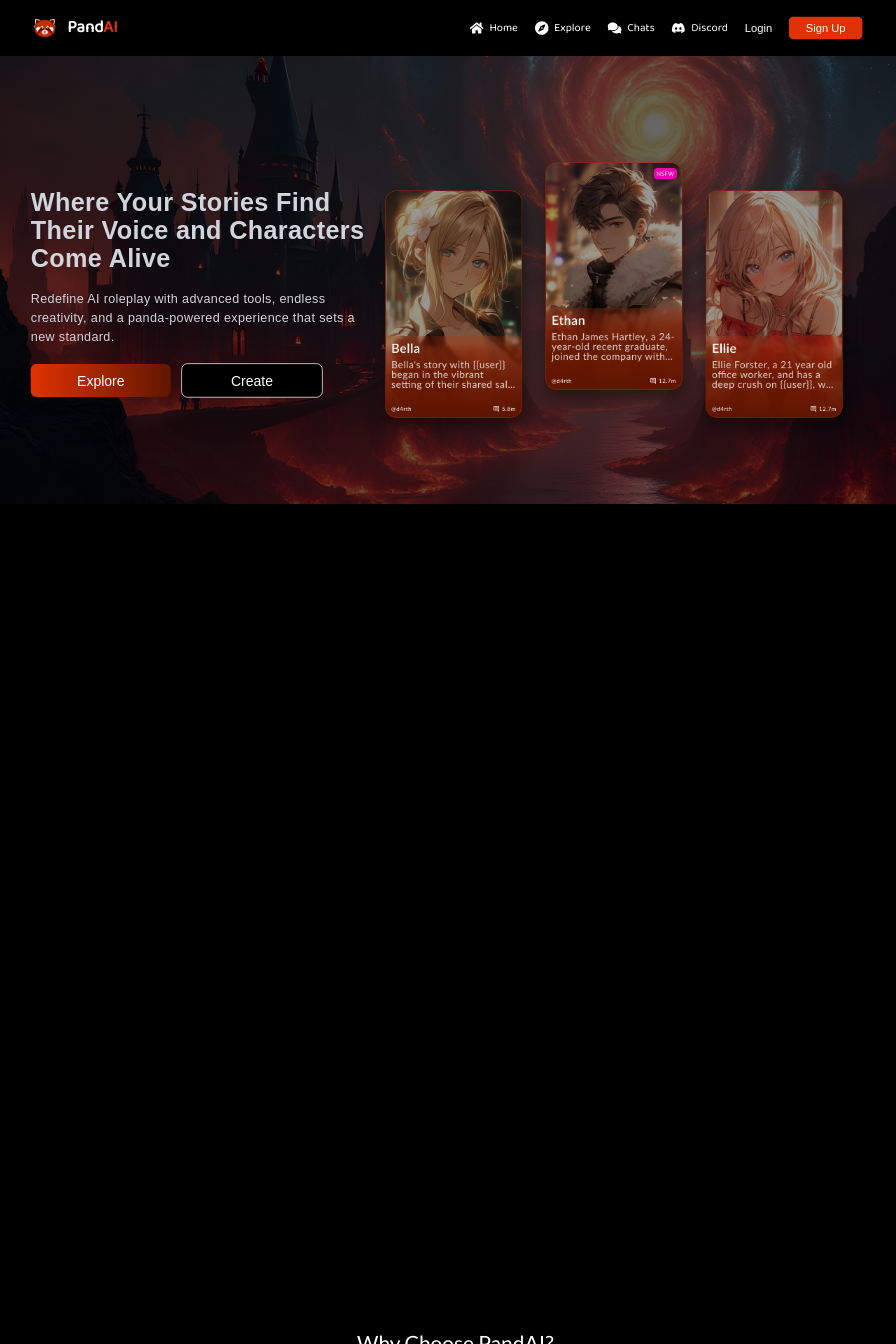
Repository: PandamoniumAI/Pandamonium
Page: /preview
An editor plug-in stored every save of this project. The page is shown before and after the next save, followed by the edit.
The browser window is 1280 px wide. The pictures show the part of the page from y = 0 to 1920 px (the page is 2767 px tall before and 1635 px after), at 70% of full size.
Some web libraries are served in a nearby version. The project was rebuilt for these pictures with package versions that can differ from the ones it lists, and the page was loaded fresh each time. Also part of the build but not shown: vite.config.js, src/Utils/Utils.js, src/Components/SearchBar/SearchBar.jsx, src/Components/CSS/CharacterCard.css, src/Components/CharacterCard/CharacterCard.jsx, src/Components/CSS/CharacterCardModal.css, src/Components/CharacterCardModal/CharacterCardModal.jsx, src/Components/CSS/Tags.css and 15 more.

Above is the page before, as saved 2025-01-01 21:40:15.

### index.html
<!doctype html>
<html lang="en">
  <head>
    <meta charset="UTF-8" />
    <link rel="icon" type="image/svg+xml" href="/src/assets/animal.png"/>
    <meta name="viewport" content="width=device-width, initial-scale=1.0" />
    <title>Pandamonium</title>
    <link
      href="https://cdn.jsdelivr.net/npm/bootstrap@5.3.0-alpha1/dist/css/bootstrap.min.css"
      rel="stylesheet"
    />
    <link
      href="https://cdn.jsdelivr.net/npm/bootstrap-icons/font/bootstrap-icons.css"
      rel="stylesheet"
    />
    <link
      href="https://cdnjs.cloudflare.com/ajax/libs/animate.css/4.1.1/animate.min.css"
      rel="stylesheet"
    />
  </head>

  <body>
    <div id="root"></div>
    <script src="https://kit.fontawesome.com/68b5244ee4.js" crossorigin="anonymous"></script>
    <script src="https://cdn.jsdelivr.net/npm/react/umd/react.production.min.js"></script>
    <script src="https://cdn.jsdelivr.net/npm/react-dom/umd/react-dom.production.min.js"></script>
    <script type="module" src="/src/main.jsx"></script>
    <script src="https://cdn.jsdelivr.net/npm/bootstrap@5.3.0-alpha1/dist/js/bootstrap.bundle.min.js"></script>
  </body>
</html>

### src/App.jsx
import HomePage from "./Components/HomePage/HomePage.jsx";
import Chat from "./Components/Chat/Chat.jsx";
import Create from "./Components/Create/Create.jsx";
import Error from "./Components/Error/Error.jsx";
import { BrowserRouter as Router, Routes, Route } from "react-router-dom";
import Preview from "../src/Preview/Preview.jsx";
function App() {
  return (
    <Router>
      <Routes>
        <Route path="/" element={<HomePage />} />
        <Route path="/chat/:characterId" element={<Chat />} />
        <Route path="/create" element={<Create />} />
        <Route path="*" element={<Error />} />
        <Route path="/preview" element={<Preview />} />
      </Routes>
    </Router>
  );
}

export default App;

### src/Preview/Preview.jsx
import React from "react";
import Animal from "../assets/animal.png";
import "./Preview.css";
import "tailwindcss/tailwind.css";
import {FaHome, FaCompass, FaComments, FaDiscord} from "react-icons/fa";
import image from "../assets/image.png";
import Chatcard from "../assets/Chat Card.png";
import Book from "../assets/Magical Book World Illustration 1.png";
import Roleplay from "../assets/Chat Card (1).png";

export default function Preview() {
  const handleCardHover = (event, element) => {
    const rect = element.getBoundingClientRect();
    const x = (event.clientX - rect.left) / rect.width - 0.5; // Normalize between -0.5 to 0.5
    const y = (event.clientY - rect.top) / rect.height - 0.5;

    element.style.transform = `rotateX(${y * 10}deg) rotateY(${x * 10}deg) scale(1.05)`;
  };

  return (
    <div className="main">
      <div className="fixed top-0 left-0 w-full bg-black bg-opacity-40 p-4 z-50">
        <div className="flex justify-between items-center w-full max-w-screen-xl mx-auto px-4">
          <div
            className="flex items-center space-x-4 cursor-pointer"
            onClick={() => window.scrollTo({top: 0, behavior: "smooth"})}
          >
            <img className="w-8 h-8" src={Animal} alt="Logo" />
            <h1 className="text-2xl font-bold font-baloo text-white">
              Pand<span className="text-[#E03201]">AI</span>
            </h1>
          </div>

          <div className="flex items-center space-x-6">
            <button className="flex items-center text-white font-baloo hover:text-[#E03201] transition">
              <FaHome className="mr-2 text-xl" />
              Home
            </button>
            <button className="flex items-center text-white font-baloo hover:text-[#E03201] transition">
              <FaCompass className="mr-2 text-xl" />
              Explore
            </button>
            <button className="flex items-center text-white font-baloo hover:text-[#E03201] transition">
              <FaComments className="mr-2 text-xl" />
              Chats
            </button>
            <button className="flex items-center text-white font-baloo hover:text-[#E03201] transition">
              <FaDiscord className="mr-2 text-xl" />
              Discord
            </button>
            <button className="text-white hover:text-[#E03201] transition">
              Login
            </button>
            <button className="bg-[#E03201] text-white px-4 py-1 rounded-md hover:bg-[#b02501] transition">
              Sign Up
            </button>
          </div>
        </div>
      </div>

      <div className="preview-container relative p-6">
        <div className="Preview-text mt-[50px] absolute top-[200px]">
          <p className="text-4xl text-gray-300 font-bold mb-6 tracking-[0.5px] w-[500px]">
            Where Your Stories Find Their Voice and Characters Come Alive
          </p>
          <p className="text-[18px] text-gray-300 leading-[27px] tracking-[0.5px] w-[500px] mb-8">
            Redefine AI roleplay with advanced tools, endless creativity, and a
            panda-powered experience that sets a new standard.
          </p>
        </div>

        <div className="Buttons absolute top-[500px] flex space-x-4 mb-8">
          <button className="text-white text-xl h-[47px] w-[200px] rounded-lg shadow-2xl bg-gradient-to-r from-[#E03201] to-[#611600] transform hover:scale-105 transition-all duration-300 ease-in-out hover:shadow-orange-500/50 hover:shadow-lg">
            <span className="relative z-10">Explore</span>
          </button>
          <button
            className="create bg-black text-white text-xl h-[47px] w-[200px] rounded-lg shadow-2xl outline outline-1 hover:outline-none transition-all duration-300 ease-in-out transform hover:scale-105 hover:shadow-[#B22801]/50 hover:shadow-lg relative overflow-hidden group"
            style={{
              outlineImage:
                "linear-gradient(to right, #FFCBBB, #D07A5A, #A8382D, #611600)",
              outlineImageSlice: 1,
            }}
          >
            <span className="relative z-10">Create</span>
            <span className="absolute inset-0 bg-yellow-500 transform scale-x-0 group-hover:scale-x-100 transition-transform duration-300 origin-left"></span>
          </button>
        </div>

        <div className="absolute right-[30px] top-[200px]">
          <img src={image} alt="" />
        </div>
      </div>

      <div className="infostart absolute bg-black" style={{top: "1000px"}}>
      <div className="info px-10 relative bg-black" style={{top: "900px"}}>
        <div className="infotext mb-8 text-white">
          <h1 className="text-3xl font-lato text-white ml-[450px]">
            Why Choose PandAI?
          </h1>

          <div className="cards grid grid-cols-1 md:grid-cols-3 gap-6 mt-10">
            {[
              "Multiple Character Roleplays",
              "Tools for Creators",
              "Community-Driven No Filter",
            ].map((title, index) => (
              <div
                key={index}
                className="card relative flex flex-col justify-between w-[284px] h-[477px] rounded-[25px] overflow-hidden"
                onMouseMove={(e) => handleCardHover(e, e.currentTarget)}
              >
                <div
                  className="absolute inset-0 -z-10 rounded-[25px]"
                  style={{
                    background:
                      "linear-gradient(135deg, #BF18C2, #6B1C8F, #1D0375)",
                    position: "absolute",
                    top: 0,
                    left: 0,
                    right: 0,
                    bottom: 0,
                    borderRadius: "25px",
                    padding: "2px",
                  }}
                />
                <div className="content p-6 bg-[#1A1A1A] flex flex-col justify-between h-full rounded-[25px]">
                  <h2 className="text-2xl font-semibold mb-4 text-white">
                    {title}
                  </h2>
                  <p className="text-lg text-white">
                    {index === 0
                      ? "Immerse yourself in dynamic roleplays with multiple characters, pre-designed genre templates, and tools like a scene builder for crafting vivid storytelling experiences."
                      : index === 1
                        ? "Unleash your creativity with tools to build unique characters, organize content with advanced tags, upload world details into a Lorebook, and share your creations effortlessly."
                        : "Experience unfiltered chats tailored to your preferences, refine AI responses with feedback, shape platform features with community input, and customize personas to your liking."}
                  </p>
                </div>
                <div className="image-container mt-4">
                  {index === 0 ? (
                    <img
                      src={Chatcard}
                      alt="Roleplay"
                      className="w-full rounded-[25px]"
                    />
                  ) : index === 1 ? (
                    <img
                      src={Book}
                      alt="Creator Tools"
                      className="w-full rounded-[25px]"
                    />
                  ) : (
                    <img
                      src={Roleplay}
                      alt="Community"
                      className="w-full rounded-[25px]"
                    />
                  )}
                </div>
              </div>
            ))}
          </div>
        </div>

          <div className="Footer bg-black py-8 px-6 mt-10 flex items-center justify-start space-x-36">
            <div className="flex items-center">
              <img
                className="w-12 h-12 mr-4 transform transition duration-300 hover:scale-110"
                src={Animal}
                alt="Logo"
              />
              <h1 className="text-3xl font-bold font-baloo text-white">
                Pand<span className="text-[#E03201]">AI</span>
              </h1>
            </div>

            <div className="Quicklinks mr-36 mt-6">
              <h1 className="text-2xl font-bold font-baloo text-white border-b-2 border-[#E03201] pb-2">
                Quick Links
              </h1>
              <ul className="list-none pl-0 mt-4 space-y-2">
                <li className="text-white hover:text-[#E03201] transition duration-300 transform hover:translate-x-2">
                  <a href="#">Home</a>
                </li>
                <li className="text-white hover:text-[#E03201] transition duration-300 transform hover:translate-x-2">
                  <a href="#">Explore</a>
                </li>
                <li className="text-white hover:text-[#E03201] transition duration-300 transform hover:translate-x-2">
                  <a href="#">Chats</a>
                </li>
                <li className="text-white hover:text-[#E03201] transition duration-300 transform hover:translate-x-2">
                  <a href="#">Discord</a>
                </li>
              </ul>
            </div>

            <div className="guide mr-36 mt-6">
              <h1 className="text-2xl font-bold font-baloo text-white border-b-2 border-[#E03201] pb-2">
                Guide
              </h1>
              <ul className="list-none pl-0 mt-4 space-y-2">
                <li className="text-white hover:text-[#E03201] transition duration-300 transform hover:translate-x-2">
                  <a href="#">Bot creation</a>
                </li>
                <li className="text-white hover:text-[#E03201] transition duration-300 transform hover:translate-x-2">
                  <a href="#">How token Works</a>
                </li>
                <li className="text-white hover:text-[#E03201] transition duration-300 transform hover:translate-x-2">
                  <a href="#">Lorebooks</a>
                </li>
              </ul>
            </div>

            <div className="legal mr-36 mt-6">
              <h1 className="text-2xl font-bold font-baloo text-white border-b-2 border-[#E03201] pb-2">
                Legal
              </h1>
              <ul className="list-none pl-0 mt-4 space-y-2">
                <li className="text-white hover:text-[#E03201] transition duration-300 transform hover:translate-x-2">
                  <a href="#">Privacy Policy</a>
                </li>
                <li className="text-white hover:text-[#E03201] transition duration-300 transform hover:translate-x-2">
                  <a href="#">Terms of Service</a>
                </li>
                <li className="text-white hover:text-[#E03201] transition duration-300 transform hover:translate-x-2">
                  <a href="#">Rules</a>
                </li>
              </ul>
            </div>
          </div>
        </div>
      </div>
    </div>
  );
}

### src/Components/Chat/ExtraCss.css
/* ExtraCss.css */

/* General Styles */
body {
    margin: 0;
    padding: 0;
    font-family: Arial, sans-serif;
    background-color: #121212;
    color: #ffffff;
  }

  /* Chat Container */
  .d-flex {
    display: flex;
  }

  .flex-column {
    flex-direction: column;
  }

  .h-100 {
    height: 100%;
  }

  .bg-dark {
    background-color: #181818;
  }

  .text-white {
    color: #ffffff;
  }

  .border-secondary {
    border-color: #444;
  }

  .border-top {
    border-top: 1px solid;
  }

  .border-bottom {
    border-bottom: 1px solid;
  }

  .overflow-hidden {
    overflow: hidden;
  }

  .overflow-auto {
    overflow: auto;
  }

  /* Chat Header */
  .p-3 {
    padding: 1rem;
  }

  .align-items-center {
    align-items: center;
  }

  .space-x-4 > * + * {
    margin-left: 1rem;
  }

  /* Avatar */
  img.rounded-circle {
    border-radius: 50%;
    cursor: pointer;
  }

  /* Message Bubbles */
  .bg-secondary {
    background-color: #2a2a2a;
  }

  .p-3 {
    padding: 1rem;
  }

  .rounded-lg {
    border-radius: 1rem;
  }

  .shadow-lg {
    box-shadow: 0px 4px 10px rgba(0, 0, 0, 0.2);
  }

  .text-muted {
    color: #aaaaaa;
  }

  /* Input Field */
  input {
    outline: none;
  }

  input::placeholder {
    color: #aaaaaa;
  }

  .border-0 {
    border: none;
  }

  .flex-grow-1 {
    flex-grow: 1;
  }

  .shadow-lg {
    box-shadow: 0px 4px 10px rgba(0, 0, 0, 0.2);
  }

  /* Buttons */
  button {
    cursor: pointer;
  }

  button:disabled {
    opacity: 0.6;
    cursor: not-allowed;
  }

  .btn {
    display: inline-flex;
    justify-content: center;
    align-items: center;
    padding: 0.5rem;
    border: none;
    border-radius: 0.5rem;
    transition: background-color 0.3s ease, transform 0.2s ease;
  }

  .btn:hover:not(:disabled) {
    background-color: #555;
    transform: translateY(-2px);
  }

  .btn-light {
    background-color: #444;
    color: #fff;
  }

  .btn-primary {
    background-color: #007bff;
    color: #fff;
  }

  .btn-primary:hover:not(:disabled) {
    background-color: #0056b3;
  }

  /* Typing Animation */
  .animate-pulse {
    animation: pulse 1.5s infinite;
  }

  @keyframes pulse {
    0%, 100% {
      opacity: 1;
    }
    50% {
      opacity: 0.5;
    }
  }

  /* Smooth Fade-In */
  @keyframes fadeIn {
    from {
      opacity: 0;
      transform: translateY(10px);
    }
    to {
      opacity: 1;
      transform: translateY(0);
    }
  }

  /* Scrollbar Styles */
  .overflow-auto::-webkit-scrollbar {
    width: 6px;
  }

  .overflow-auto::-webkit-scrollbar-thumb {
    background-color: #444;
    border-radius: 10px;
  }

  .overflow-auto::-webkit-scrollbar-track {
    background-color: transparent;
  }

  .ReactModal__Overlay {
    opacity: 0;
    transition: opacity 0.3s ease-in-out;
  }
  .ReactModal__Overlay--after-open {
    opacity: 1;
  }
  .ReactModal__Overlay--before-close {
    opacity: 0;
  }

### src/Components/CSS/Create.css
body {
    background-color: #121212;
    color: #fff;
    min-height: 100vh;
    padding: 20px;
    font-family: 'Arial', sans-serif;
}
.creation-form {
    max-width: 800px;
    margin: 0 auto;
    background-color: rgba(0, 0, 0, 0.8);
    padding: 30px;
    border-radius: 15px;
    border: 1px solid #444;
    transition: all 0.3s ease;
}
.creation-form:hover {
    transform: scale(1.03);
    box-shadow: 0 10px 30px rgba(0, 0, 0, 0.5);
}
.form-control {
    background-color: #333;
    border: 1px solid #555;
    color: #fff;
    margin-bottom: 20px;
    transition: all 0.3s ease;
}
.form-control:focus {
    background-color: #444;
    border-color: #007bff;
    color: #fff;
}
.form-label {
    font-weight: bold;
}
.btn {
    background-color: #007bff;
    color: #fff;
    transition: all 0.3s ease;
}
.btn:hover {
    background-color: #0056b3;
}
.select2-container {
    width: 100%;
}
.custom-tag-field {
    margin-top: 20px;
}
.custom-tag-field input {
    width: calc(100% - 60px);
    display: inline-block;
    margin-right: 10px;
}
.custom-tag-field button {
    display: inline-block;
    background-color: #28a745;
    color: white;
    padding: 6px 12px;
    border: none;
    cursor: pointer;
}
.custom-tag-field button:hover {
    background-color: #218838;
}

@keyframes float {
    0% { transform: translateY(0px); }
    50% { transform: translateY(-10px); }
    100% { transform: translateY(0px); }
}

.tags-modal {
    display: none;
    position: fixed;
    top: 0;
    left: 0;
    width: 100%;
    height: 100%;
    background: rgba(0,0,0,0.7);
    z-index: 1000;
    animation: fadeIn 0.3s;
}

.tags-modal-content {
    position: absolute;
    top: 50%;
    left: 50%;
    transform: translate(-50%, -50%);
    background: #121212;
    color: white;
    padding: 2rem;
    border-radius: 15px;
    width: 90%;
    max-width: 500px;
    animation: slideIn 0.3s;
    box-shadow: 0 5px 15px rgba(0,0,0,0.3);
}

.tags-modal-header {
    display: flex;
    justify-content: space-between;
    align-items: center;
    margin-bottom: 1.5rem;
    border-bottom: 1px solid #333;
    padding-bottom: 1rem;
}

.btn-close {
    background-color: white;
}

.tag-pills {
    display: flex;
    flex-wrap: wrap;
    gap: 0.5rem;
}

.tag-pill {
    padding: 0.5rem 1rem;
    background: #2d2d2d;
    color: white;
    border-radius: 20px;
    cursor: pointer;
    transition: all 0.2s;
    border: 1px solid #444;
}

.tag-pill:hover {
    background: #3d3d3d;
    transform: translateY(-1px);
}

.tag-pill.selected {
    background: #007bff;
    color: white;
    border-color: #0056b3;
}

.selected-tags {
    background: #1a1a1a;
    padding: 1rem;
    border-radius: 10px;
}

.form-control {
    background: #2d2d2d;
    border: 1px solid #444;
    color: white;
}

.form-control:focus {
    background: #2d2d2d;
    color: white;
    border-color: #007bff;
    box-shadow: 0 0 0 0.2rem rgba(0,123,255,0.25);
}

.form-control::placeholder {
    color: #888;
}

@keyframes fadeIn {
    from { opacity: 0; }
    to { opacity: 1; }
}

@keyframes slideIn {
    from { transform: translate(-50%, -60%); opacity: 0; }
    to { transform: translate(-50%, -50%); opacity: 1; }
}

### src/Preview/Preview.css
@tailwind base;
@tailwind components;
@tailwind utilities;

@font-face {
    font-family: 'BalooDa2';
    src: url('../assets/Fonts/BalooDa2-Regular.ttf') format('truetype');
    font-weight: 400;
    font-style: normal;
}

@font-face {
    font-family: 'Lato';
    src: url('./assets/fonts/Lato-Regular.ttf') format('truetype');
    font-weight: normal;
    font-style: normal;
  }

body {
    position: relative;
    background-color: #000;
    min-height: 100vh;
    margin: 0;
    display: flex;
    flex-direction: column;
}

body::before {
    content: '';
    position: absolute;
    top: 0;
    left: 0;
    right: 0;
    bottom: 0;
    background-image: url('../../src/assets/Castle.jpg');
    background-size: cover;
    background-position: center;
    opacity: 0.4;
    z-index: -1;
}

### src/Components/Chat/Sidebar/styles.css
.floating-btn {
  position: absolute;
  top: 50%;
  left: 20px;
  cursor: pointer;
  z-index: 999;
  width: 64px;
  height: 64px;
  background-color: transparent;
  border: none;
  border-radius: 50%;
  transition: left 0.6s ease, transform 0.3s ease;
  box-shadow: none; /* Removed shadow */
}

.floating-btn.open {
  left: calc(240px + 20px);
}

.floating-btn.closed {
  left: 20px;
}

.sidebar {
  position: fixed;
  top: 0;
  left: 0;
  height: 100vh;
  background-color: #333;
  transition: width 0.5s ease-in-out;
  overflow: hidden;
  border-radius: 0 20px 20px 0;
}

.sidebar.open {
  width: 240px;
}

.sidebar.closed {
  width: 0;
}

.panda-image {
  transition: transform 0.5s ease, transform-origin 0.5s ease;
}

.panda-image:hover {
  transform: rotate(360deg); /* Full 360° rotation on hover */
  transform-origin: center;
}

.floating-btn:hover img {
  transform: rotate(360deg); /* Rotate the image smoothly when hovering over it */
  transition: transform 0.6s ease-in-out;
}

/* Reverse rotation when mouse leaves */
.floating-btn img {
  transition: transform 0.6s ease-out;
}

.floating-btn img:hover {
  animation: pandaRotate 0.6s forwards;
}

@keyframes pandaRotate {
  0% {
      transform: rotate(0deg);
  }
  100% {
      transform: rotate(360deg);
  }
}

.floating-btn img:not(:hover) {
  animation: reversePandaRotate 0.6s forwards;
}

@keyframes reversePandaRotate {
  0% {
      transform: rotate(360deg);
  }
  100% {
      transform: rotate(0deg);
  }
}

#pandaBtn {
  transition: transform 0.6s ease-in-out;
}

@media (max-width: 768px) {
  .sidebar {
      display: none;
  }

  .floating-btn {
      left: 20px;
  }
}

Loaded but not shown: src/main.jsx (common file); tailwind.config.js (16 lines, source omitted); src/Components/CSS/HomePage.css (319 lines, source omitted)

After the next save:
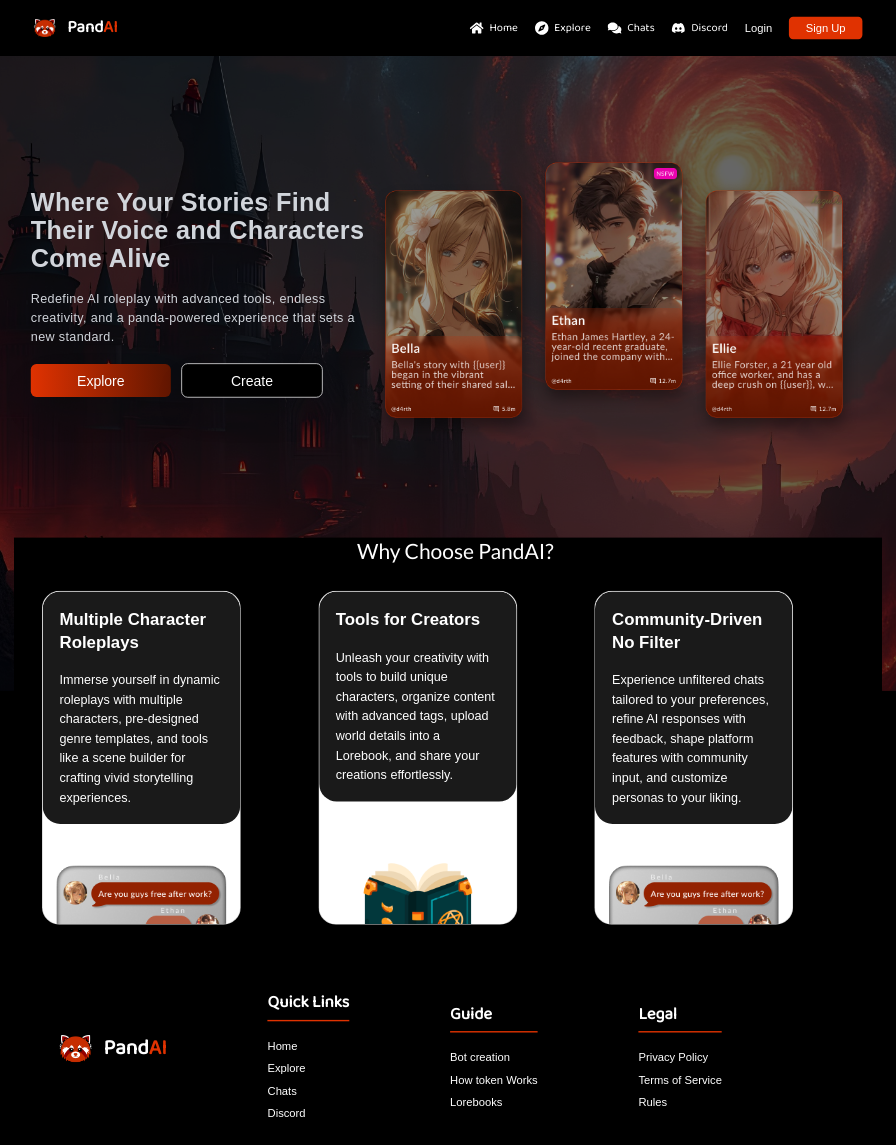
Saved 11 s later.
--- a/src/Preview/Preview.jsx
+++ b/src/Preview/Preview.jsx
@@ -91,8 +91,7 @@
         </div>
       </div>
 
-      <div className="infostart absolute bg-black" style={{top: "1000px"}}>
-      <div className="info px-10 relative bg-black" style={{top: "900px"}}>
+      <div className="info px-10 relative bg-black" style={{top: "700px"}}>
         <div className="infotext mb-8 text-white">
           <h1 className="text-3xl font-lato text-white ml-[450px]">
             Why Choose PandAI?
@@ -159,7 +158,6 @@
               </div>
             ))}
           </div>
-        </div>
 
           <div className="Footer bg-black py-8 px-6 mt-10 flex items-center justify-start space-x-36">
             <div className="flex items-center">
